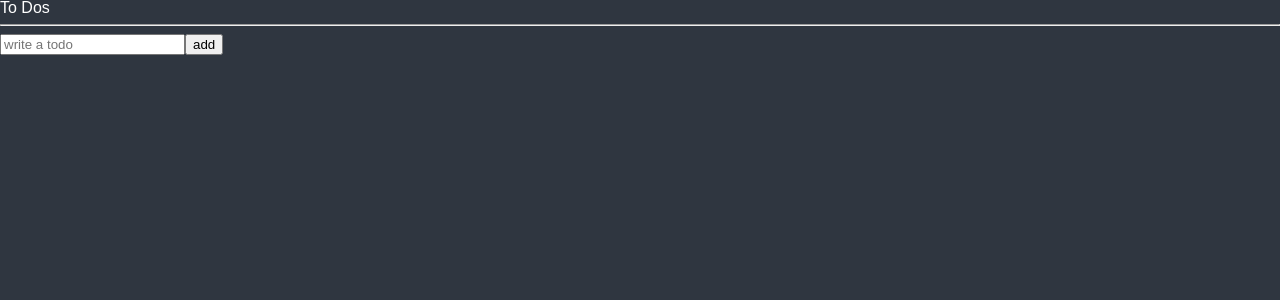
Repository: hesshess/nomad-reactjs-master-todolist
Page: /
An editor plug-in stored every save of this project. The page is shown before and after the next save, followed by the edit.
The browser window is 1280 px wide. The pictures show the whole page.
Some web fonts or font styles are not loaded; a fallback is used. The project was rebuilt for these pictures with package versions that can differ from the ones it lists, and the page was loaded fresh each time.

Above is the page before, as saved 2023-11-01 16:38:48.

### src/index.tsx
import React from 'react';
import ReactDOM from 'react-dom/client';
import App from './App';
import { RecoilRoot } from 'recoil';
import { ThemeProvider } from 'styled-components';
import { darkTheme } from './theme';

const root = ReactDOM.createRoot(
  document.getElementById('root') as HTMLElement
);
root.render(
  <React.StrictMode>
    <RecoilRoot>
      <ThemeProvider theme={darkTheme}>
        <App />
      </ThemeProvider>
    </RecoilRoot>
  </React.StrictMode>
);

### src/App.tsx
import React from 'react';
import { createGlobalStyle } from 'styled-components';
import ToDoList from './components/ToDoList';

const GlobalStyle = createGlobalStyle`
@import url('https://fonts.googleapis.com/css2?family=Sometype+Mono:wght@400;600&display=swap');
html, body, div, span, applet, object, iframe,
h1, h2, h3, h4, h5, h6, p, blockquote, pre,
a, abbr, acronym, address, big, cite, code,
del, dfn, em, img, ins, kbd, q, s, samp,
small, strike, strong, sub, sup, tt, var,
b, u, i, center,
dl, dt, dd, menu, ol, ul, li,
fieldset, form, label, legend,
table, caption, tbody, tfoot, thead, tr, th, td,
article, aside, canvas, details, embed,
figure, figcaption, footer, header, hgroup,
main, menu, nav, output, ruby, section, summary,
time, mark, audio, video {
  margin: 0;
  padding: 0;
  border: 0;
  font-size: 100%;
  font: inherit;
  vertical-align: baseline;
}
/* HTML5 display-role reset for older browsers */
article, aside, details, figcaption, figure,
footer, header, hgroup, main, menu, nav, section {
  display: block;
}
/* HTML5 hidden-attribute fix for newer browsers */
*[hidden] {
    display: none;
}
body {
  line-height: 1;
}
menu, ol, ul {
  list-style: none;
}
blockquote, q {
  quotes: none;
}
blockquote:before, blockquote:after,
q:before, q:after {
  content: '';
  content: none;
}
table {
  border-collapse: collapse;
  border-spacing: 0;
}
* {
  box-sizing: border-box;
}
body {
  font-family: 'Source Sans Pro', sans-serif;
  background-color:${(props) => props.theme.bgColor};
  color:${(props) => props.theme.textColor}
}
a {
  text-decoration:none;
  color: inherit;
}
`;

function App() {
  return (
    <>
      <GlobalStyle />
      <ToDoList />
    </>
  );
}

export default App;

### src/theme.ts
import { DefaultTheme } from 'styled-components';

export const darkTheme: DefaultTheme = {
    bgColor: "#2f3640",
    textColor: "white",
    accentColor: "#9c88ff",
    cardBgColor: "transparent",
  };

### src/components/ToDoList.tsx
import { useForm } from 'react-hook-form';
import { atom, useRecoilState } from 'recoil';
/*
function ToDoList(){
    const [todo, setTodo] = useState("");
    const onChange = (event:React.FormEvent<HTMLInputElement>) => {
        const {currentTarget:{value}} = event;
        setTodo(value);
    }
    const onSubmit =(event:React.FormEvent<HTMLFormElement> )=>{
        event.preventDefault();
        console.log(todo);
    }

    return (
    <div>
        <form onSubmit={onSubmit}>
            <input onChange={onChange} value={todo} placeholder="write a todo" />
            <button>add</button>
        </form>
    </div>
    );
}*/
interface IForm {
  toDo: string;
}

interface IToDo {
  text: string;
  id: number;
  category: 'TODO' | 'DOING' | 'DONE';
}

const toDoState = atom<IToDo[]>({
  key: 'toDo',
  default: [],
});

function ToDoList() {
  const [toDos, setToDos] = useRecoilState(toDoState);
  const { register, handleSubmit, setValue } = useForm<IForm>();
  const onValid = ({ toDo }: IForm) => {
    setToDos((prevTodos) => [
      { text: toDo, id: Date.now(), category: 'TODO' },
      ...prevTodos,
    ]);
    setValue('toDo', '');
  };
  console.log(toDos);
  return (
    <div>
      <h1>To Dos</h1>
      <hr />
      <form onSubmit={handleSubmit(onValid)}>
        <input
          {...register('toDo', {
            required: 'todo is required',
          })}
          placeholder="write a todo"
        />
        <button>add</button>
      </form>
      <ul>
        {toDos.map((todo) => (
          <li key={todo.id}>{todo.text}</li>
        ))}
      </ul>
    </div>
  );
}

export default ToDoList;

Loaded but not shown: public/index.html (common file)

After the next save:
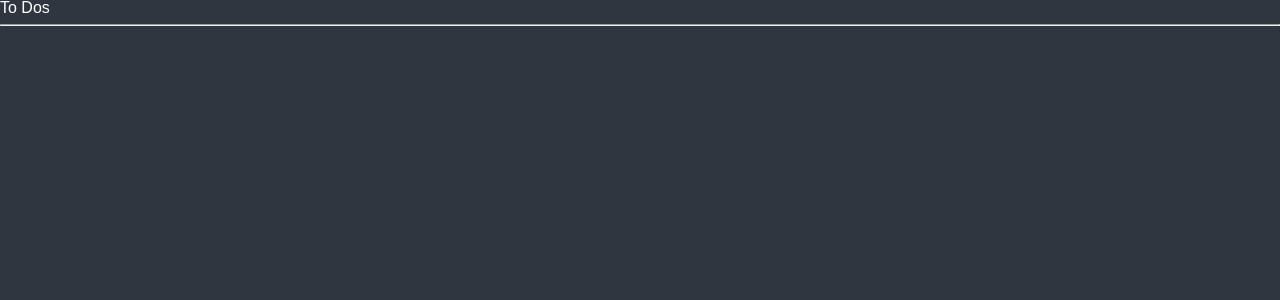
Saved 1 s later.
--- a/src/components/ToDoList.tsx
+++ b/src/components/ToDoList.tsx
@@ -51,15 +51,7 @@ function ToDoList() {
     <div>
       <h1>To Dos</h1>
       <hr />
-      <form onSubmit={handleSubmit(onValid)}>
-        <input
-          {...register('toDo', {
-            required: 'todo is required',
-          })}
-          placeholder="write a todo"
-        />
-        <button>add</button>
-      </form>
+
       <ul>
         {toDos.map((todo) => (
           <li key={todo.id}>{todo.text}</li>
